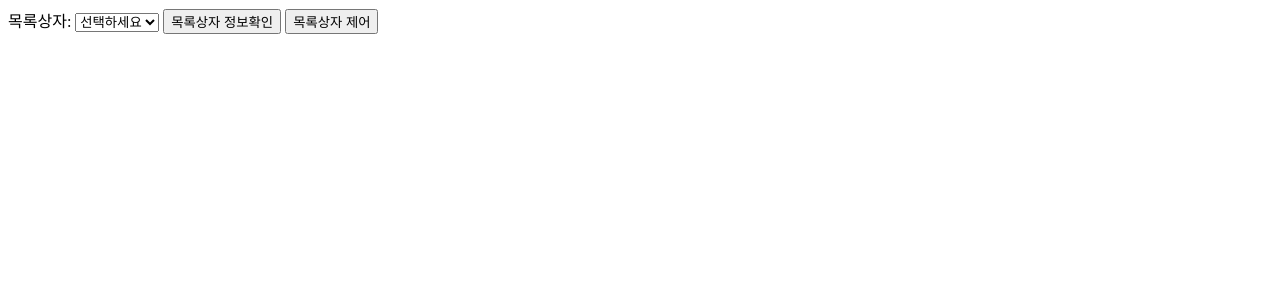
Repository: hololog/workspace_jsp1
Page: JspStudy/src/main/webapp/js1/test16.html
An editor plug-in stored every save of this project. The page is shown before and after the next save, followed by the edit.
The browser window is 1280 px wide. The pictures show the whole page.

Above is the page before, as saved 2021-12-14 08:29:05.

### JspStudy/src/main/webapp/js1/test16.html
<!DOCTYPE html>
<html>
<head>
<meta charset="UTF-8">
<title>js1/test16.html</title>
 <script type="text/javascript">
//내장객체 window 윈도우창   - location 주소줄
//- history 방문기록
//- document html 틀 - image , ..
//                  - form - text,password,textarea
//                         - radio, checkbox
//                         - select
//내장객체 window 생략가능
//내장객체 window.document.폼태그.목록상자이름    => 큰 주제 : html문서안에 있는 폼태그안의 목록 상자제어
//								          => 멤버변수
//                                           type 목록 상자타입을 저장하는 변수 ,
								//           value 입력된 값을 저장하는 변수,
								//			 selectedIndex 목록상자의 선택된 인덱스 값 저장
								//        => 멤버함수(메서드)
								//           focus() 목록상자 포커스기능
//내장객체 호출    =>document.폼태그.목록상자이름.type,
//               document.폼태그.목록상자이름.value,
//               document.폼태그.목록상자이름.selectedIndex,
//               document.폼태그.목록상자이름.focus()

	function f1() {
		alert(document.fr.sel.type);
		alert(document.fr.sel.value);
		alert(document.fr.sel.selectedIndex);
		document.fr.sel.focus();
	}

	function f2() {
		if(document.fr.sel.value==""){
			alert("선택하세요");
			document.fr.sel.focus();
			return;
		}

		document.fr.submit();
	}

 </script>
</head>
<body>
 <form action="a.jsp" method="get" name="fr">
 	목록상자: <select name="sel">
 			<option value="">선택하세요</option>
 			<option value="100">목록1</option>
 			<option value="200">목록2</option>
 			<option value="300">목록3</option>
 		   </select>
 		   <input type="button" value="목록상자 정보확인" onclick="f1()">
 		   <input type="button" value="목록상자 제어" onclick="f2()">
 </form>
</body>
</html>

After the next save:
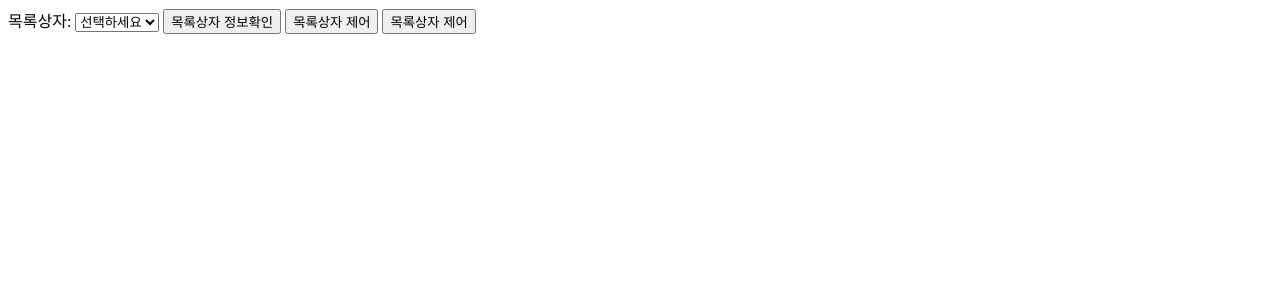
Console error: SyntaxError: Unexpected number
Saved 3 min 31 s later.
--- a/JspStudy/src/main/webapp/js1/test16.html
+++ b/JspStudy/src/main/webapp/js1/test16.html
@@ -40,18 +40,29 @@
 		document.fr.submit();
 	}
 
+	function f(3) {
+		if(document.fr.sel.selectedIndex=="000"){
+			alert("선택하세요");
+			document.fr.sel.focus();
+			return;
+		}
+
+		document.fr.submit();
+	}
+
  </script>
 </head>
 <body>
  <form action="a.jsp" method="get" name="fr">
  	목록상자: <select name="sel">
- 			<option value="">선택하세요</option>
+ 			<option value="000">선택하세요</option>
  			<option value="100">목록1</option>
  			<option value="200">목록2</option>
  			<option value="300">목록3</option>
  		   </select>
  		   <input type="button" value="목록상자 정보확인" onclick="f1()">
  		   <input type="button" value="목록상자 제어" onclick="f2()">
+ 		   <input type="button" value="목록상자 제어" onclick="f3()">
  </form>
 </body>
 </html>

After the 5 saves that followed:
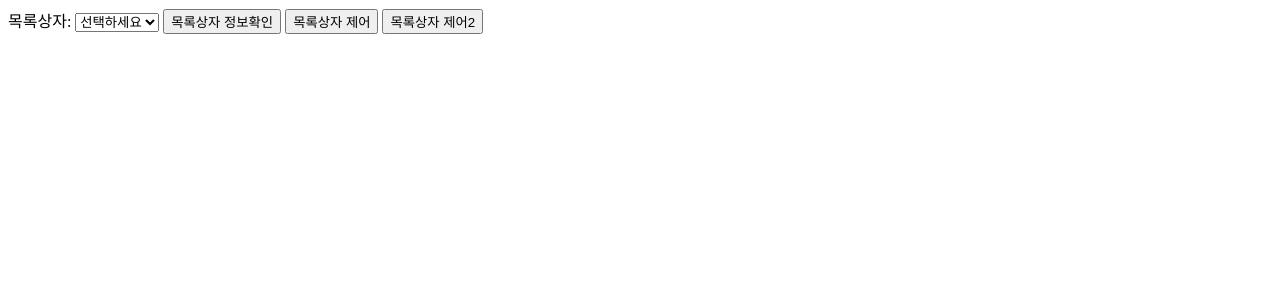
The error is gone.
The 5 saves are shown as one change because 4 left the picture as it was.
The last was saved 4 min 42 s later.
--- a/JspStudy/src/main/webapp/js1/test16.html
+++ b/JspStudy/src/main/webapp/js1/test16.html
@@ -40,9 +40,9 @@
 		document.fr.submit();
 	}
 
-	function f(3) {
-		if(document.fr.sel.selectedIndex=="000"){
-			alert("선택하세요");
+	function f3() {
+		if(document.fr.sel.selectedIndex==0){
+			alert("선택하세요1");
 			document.fr.sel.focus();
 			return;
 		}
@@ -55,14 +55,14 @@
 <body>
  <form action="a.jsp" method="get" name="fr">
  	목록상자: <select name="sel">
- 			<option value="000">선택하세요</option>
+ 			<option value="">선택하세요</option>
  			<option value="100">목록1</option>
  			<option value="200">목록2</option>
  			<option value="300">목록3</option>
  		   </select>
  		   <input type="button" value="목록상자 정보확인" onclick="f1()">
  		   <input type="button" value="목록상자 제어" onclick="f2()">
- 		   <input type="button" value="목록상자 제어" onclick="f3()">
+ 		   <input type="button" value="목록상자 제어2" onclick="f3()">
  </form>
 </body>
 </html>
